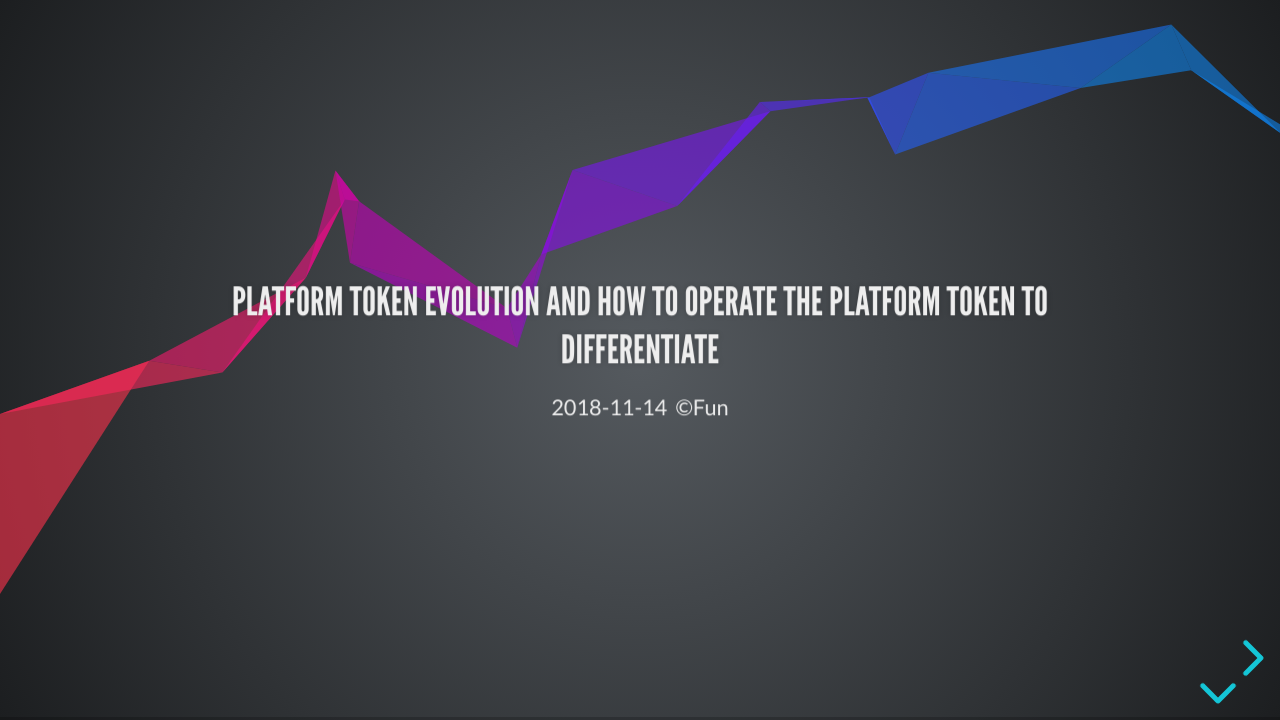
Repository: RickFang666/reveal-ppt
Page: index.html
The author's editor kept a copy of each file at every save. The page is drawn from the files as they stood at one save, then again after the next save.
The browser window is 1280 px wide. The pictures show the whole page.

Above is the page before, as saved 2018-11-13 10:52:08.

### index.html
<!DOCTYPE html>
<html>
  <head>
    <meta charset="utf-8" />
    <meta
      name="viewport"
      content="width=device-width, initial-scale=1.0, maximum-scale=1.0, user-scalable=no"
    />

    <title>reveal.js</title>

    <link rel="stylesheet" href="css/reveal.css" />
    <link rel="stylesheet" href="css/theme/league.css" />

    <!-- Theme used for syntax highlighting of code -->
    <link rel="stylesheet" href="lib/css/zenburn.css" />
    <link rel="stylesheet" href="css/print/paper.css" />
    <link rel="stylesheet" href="css/custom.css" />
    <!-- Printing and PDF exports -->
    <!--
      <script>
      	var link = document.createElement('link');
      	link.rel = 'stylesheet';
      	link.type = 'text/css';
      	link.href = window.location.search.match(/print-pdf/gi) ? 'css/print/pdf.css' : 'css/print/paper.css';
      	document.getElementsByTagName('head')[0].appendChild(link);
      </script>
    -->
    <style>
      canvas {
        position: absolute;
        top: 0;
        left: 0;
        z-index: 1;
        width: 100%;
        height: 100%;
        pointer-events: none;
      }
    </style>
  </head>

  <body>
    <canvas></canvas>
    <div class="reveal">
      <div class="slides">
        <section>
          <section>
            <h6>
              Platform Token evolution and how to operate the Platform Token to
              differentiate
            </h6>
            <p class="fs-22">2018-11-14&nbsp;&nbsp;©Fun</p>
          </section>
          <section><h4>进步始于交流，收获源于分享</h4></section>
          <!--
            <section>
            	<h4>主题：WEB技术分享与交流</h4>
            	<h4>时间：周五16：00 - 17：00</h4>
            </section>
            <section>
            	<h4 class='ta-l'>会议章程</h4>
            	<ol>
            		<li>主讲人分享技术心得等，30分钟左右</li>
            		<li>组员依次提出本周遇到的技术问题，20分钟左右</li>
            		<li>暂定为自由讨论，10分钟左右</li>
            	</ol>
            </section>
          -->
        </section>
        <section>进入主题</section>
        <section data-markdown>
          <script type="text/template">
            <p class='ta-c'>浅谈React16新特性</p>
            * error boundaries
            * portals
            * render方法新增返回类型
            * 支持自定义DOM属性
            * 更好的服务器端渲染
            * 新的打包策略
            <!-- * MIT许可和新的核心架构 -->
          </script>
        </section>
        <section>
          <section data-markdown class="ta-l">
            <script type="text/template">
              <p class='ta-c'>Better Error Handling</p>
              &emsp;&emsp;之前，组件渲染过程中的运行时错误可能会使应用处于故障状态，产生隐蔽的错误消息并需要刷新页面才能恢复。为了解决这个问题，React16 使用更灵活的错误处理策略。默认情况下，如果在组件的渲染或生命周期方法中引发错误，将会从根节点卸载整个组件树。这可以防止显示损坏的数据，但是，这可能不是理想的用户体验。
            </script>
          </section>
          <section data-markdown class="ta-l">
            <script type="text/template">
              部分UI中的JavaScript错误不应该破坏整个应用程序。为了解决这个问题，React16 引入了error boundaries，中文译为"错误边界"的新概念。
            </script>
          </section>
          <section data-markdown class="ta-l">
            <script type="text/template">
              错误边界是一种特殊的React组件，可以在其子组件树中的任何位置捕获JavaScript错误，记录这些错误并显示回退UI，而不是崩溃的组件树。
            </script>
          </section>
          <section data-markdown class="ta-l">
            <script type="text/template">
              <p>React16 新增生命周期：`componentDidCatch`</p>
              如果一个类组件定义了该生命周期方法，它将成为一个错误边界。
            </script>
          </section>
          <section data-markdown class="ta-l">
            <script type="text/template">
              ```
              // 最佳实践
              class ErrorBoundary extends React.Component {
              	state = {
              	  hasError: false
              	};
              	componentDidCatch(error, info) {
              	  this.setState({ hasError: true });
              	}
              	render() {
              	  if (this.state.hasError) {
              		return <h1>Something went wrong.</h1>;
              	  }
              	  return this.props.children;
              	}
              }
              ```
            </script>
          </section>
          <section data-markdown class="ta-l">
            <script type="text/template">
              ```
              // 作为常规组件使用
              <ErrorBoundary>
              	<App />
              </ErrorBoundary>
              ```
            </script>
          </section>
          <section data-markdown class="ta-l">
            <script type="text/template">
              <p class='ta-c'>Portals</p>
              <p>&emsp;&emsp;Portals，中文可以理解为"传送门"，提供了一种一流的方法来将子组件渲染到父组件的 DOM 结构之外的DOM节点中。默认情况下，React组件树和DOM树是完全对应的，对于一些 Modal , Overlay 之类的组件实现，通常是将它们放在顶层，但逻辑上它们可能只是属于某个子组件，这不利于组件的结构组织。</p>
            </script>
          </section>
          <section data-markdown class="ta-l">
            <script type="text/template">
              ```
              ReactDOM.createPortal(child, container)
              ```
            </script>
          </section>
          <section data-markdown class="ta-l">
            <script type="text/template">
              通过使用 `React.createPortal` ，我们可以将组件渲染到我们想要的任意DOM节点中，但它依然存在于React树中。因此，该组件的行为与其它普通组件相似，在portal内部触发的事件也将传播到父组件。对于组件划分来说，这是一个很棒的特性。
            </script>
          </section>
          <section data-markdown class="ta-l">
            <script type="text/template">
              <p class='ta-c'>New render return types</p>
              React16 添加了新的返回类型：fragments and strings
            </script>
          </section>
          <section data-markdown class="ta-l">
            <script type="text/template">
              * fragments
              <br/>
              React16 支持在组件的render方法中返回一组元素。与其它数组一样，需要为每个元素添加一个唯一的key值以避免警告：
              ```
              render() {
              	// No need to wrap list items in an extra element!
              	return [
              	  // Don't forget the keys
              	  <li key="A">First item</li>,
              	  <li key="B">Second item</li>,
              	  <li key="C">Third item</li>,
              	];
              }
              ```
            </script>
          </section>
          <section data-markdown class="ta-l">
            <script type="text/template">
              从React16.2.0 开始，进一步提高对 JSX特殊片段语法的支持。
              ```
              render() {
              	return (
              	  <>
              		<ChildA />
              		<ChildB />
              		<ChildC />
              	  </>
              	);
              }
              ```
            </script>
          </section>
          <section data-markdown class="ta-l">
            <script type="text/template">
              * string
              <br/>
              React16 支持在组件的render方法中返回字符串：
              ```
              render() {
              	return 'Look ma, no spans!';
              }
              ```
            </script>
          </section>
          <section data-markdown class="ta-l">
            <script type="text/template">
              <p class='ta-l'>所有支持的完整返回类型列表：</p>

              * react elements (jsx)
              * string
              * numbers
              * booleans
              * null
              * fragments
              * portals
            </script>
          </section>
          <section data-markdown class="ta-l">
            <script type="text/template">
              <p class='ta-c'>Support for custom DOM attributes</p>
              &emsp;&emsp;在之前的版本中，React会忽略无法识别的HTML和SVG属性，如果您使用React无法识别的属性编写JSX，则React将跳过它。
            </script>
          </section>
          <section data-markdown class="ta-l">
            <script type="text/template">
              ```
              // Your code:
              <div mycustomattribute="something" />
              ```
              ```
              // React 15 output:
              <div />
              ```
              ```
              // React 16 output:
              <div mycustomattribute="something" />
              ```
            </script>
          </section>
          <section data-markdown class="ta-l">
            <script type="text/template">
              现在，React16 不再忽略无法识别的HTML和SVG属性，而将它们直接传递给DOM。这个改动让React去掉了大部分的属性白名单，从而减小了文件大小。
            </script>
          </section>
          <!--
            <section data-markdown class='ta-l'>
            	<script type='text/template'>
            		<p>注意，您仍然应该使用规范的React命名来获取已知属性。</p>
            	</script>
            </section>
          -->
          <section data-markdown class="ta-l">
            <script type="text/template">
              <p class='ta-c'>Better server-side rendering</p>
              &emsp;&emsp;React16 包含一个完全重写的SSR。新的实现非常快，接近3倍性能于React15 ，现在提供一种流模式streaming，可以更快地把渲染的字节发送到客户端。
            </script>
          </section>
          <section data-markdown class="ta-l">
            <script type="text/template">
              另外，React16 在hydrating ( 注：指客户端基于服务器返回的HTML再次重新渲染）方面表现的更好，它不再要求初始渲染与服务器的结果完全匹配。相反，它会尝试尽可能多地重用现有的DOM。没有更多的校验和！一般来说，不建议在服务器和客户端渲染不同的内容，但在某些情况下（如时间戳）可能会有用。
            </script>
          </section>
          <section data-markdown class="ta-l">
            <script type="text/template">
              <p class='ta-c'>Reduced file size</p>
              &emsp;&emsp;React16 的体积比上个版本减小了32%
              * react is 5.3 kb (2.2 kb gzipped), down from 20.7 kb (6.9 kb gzipped).
              * react-dom is 103.7 kb (32.6 kb gzipped), down from 141 kb (42.9 kb gzipped).
              * react + react-dom is 109 kb (34.8 kb gzipped), down from 161.7 kb (49.8 kb gzipped).
            </script>
          </section>
          <section data-markdown class="ta-l">
            <script type="text/template">
              React体积的减小由于使用了新的打包策略，现在去掉了process.env检查，并且使用Rollup作为打包工具。
            </script>
          </section>
          <!--
            <section data-markdown>
            	<script type='text/template'>
            		<p class='ta-c'>Fiber</p>
            		<p class='ta-l'>&emsp;&emsp;React 16采用了新的核心架构 " Fiber " ,Facebook官方声称：Fiber是对核心算法的一次重新实现，我们改写了React。</p>
            	</script>
            </section>
          -->
        </section>
        <section>
          <section data-markdown>
            <script type="text/template">
              <p class='ta-c'>扩展</p>
              * 组件生命周期变更
              * createRef API
              * forwardRef API
              * Official Context API
              * StrictMode Component
            </script>
          </section>
        </section>
        <section>
          <section data-markdown>
            <script type="text/template">
              <p class='ta-c'>组件生命周期变更</p>
              <p class='ta-c'>未来的React版本将启用异步渲染更新</p>
            </script>
          </section>
          <section data-markdown>
            <script type="text/template">
              <p class='ta-l'>* 16.3：添加3个UNSAFE前缀的生命周期</p>
              ```
              UNSAFE_componentWillMount(){}

              UNSAFE_componentWillReceiveProps(nextProps){}

              UNSAFE_componentWillUpdate(nextProps,nextState){}
              ```
            </script>
          </section>
          <section data-markdown>
            <script type="text/template">
              <p class='ta-l'>* 未来的16.x版本：将对以下生命周期启用弃用警告</p>
              ```
              componentWillMount(){}

              componentWillReceiveProps(nextProps){}

              componentWillUpdate(nextProps,nextState){}
              ```
            </script>
          </section>
          <section data-markdown>
            <script type="text/template">
              <p class='ta-l'>* 17.0：删除以下生命周期</p>
              ```
              componentWillMount(){}

              componentWillReceiveProps(nextProps){}

              componentWillUpdate(nextProps,nextState){}
              ```
            </script>
          </section>
          <section data-markdown>
            <script type="text/template">
              * 新增生命周期：static getDerivedStateFromProps
              ```
              class Example extends React.Component {
              	static getDerivedStateFromProps(nextProps, prevState) {
              	  // ...
              	}
              }
              ```
            </script>
          </section>
          <section data-markdown>
            <script type="text/template">
              <p class='ta-l'>&emsp;&emsp;The new static getDerivedStateFromProps lifecycle is invoked after a component is instantiated as well as when it receives new props. It can return an object to update state, or null to indicate that the new props do not require any state updates.</p>
            </script>
          </section>
          <section data-markdown>
            <script type="text/template">
              <p class='ta-l'>&emsp;&emsp;Together with componentDidUpdate, this new lifecycle should cover all use cases for the legacy componentWillReceiveProps.</p>
            </script>
          </section>
          <section data-markdown>
            <script type="text/template">
              * 新增生命周期： getSnapshotBeforeUpdate
              ```
              class Example extends React.Component {
              	getSnapshotBeforeUpdate(prevProps, prevState) {
              	  // ...
              	}
              }
              ```
            </script>
          </section>
          <section data-markdown>
            <script type="text/template">
              <p class='ta-l'>&emsp;&emsp;The new getSnapshotBeforeUpdate lifecycle is called right before mutations are made (e.g. before the DOM is updated). The return value for this lifecycle will be passed as the third parameter to componentDidUpdate. (This lifecycle isn’t often needed, but can be useful in cases like manually preserving scroll position during rerenders.)</p>
            </script>
          </section>
          <section data-markdown>
            <script type="text/template">
              <p class='ta-l'>&emsp;&emsp;Together with componentDidUpdate, this new lifecycle should cover all use cases for the legacy componentWillUpdate.</p>
            </script>
          </section>
          <section data-markdown>
            <script type="text/template">
              <p class='ta-c'>createRef API</p>
              <p class='ta-l'>&emsp;&emsp;Previously, React provided two ways of managing refs: the legacy string ref API and the callback API. Although the string ref API was the more convenient of the two, it had several downsides and so our official recommendation was to use the callback form instead.</p>
            </script>
          </section>
          <section data-markdown>
            <script type="text/template">
              <p class='ta-l'>&emsp;&emsp;Version 16.3 adds a new option for managing refs that offers the convenience of a string ref without any of the downsides:</p>
            </script>
          </section>
          <section data-markdown>
            <script type="text/template">
              ```
              class MyComponent extends React.Component {
              	constructor(props) {
              	  super(props);

              	  this.inputRef = React.createRef();
              	}

              	render() {
              	  return <input type="text" ref={this.inputRef} />;
              	}

              	componentDidMount() {
              	  this.inputRef.current.focus();
              	}
              }
              ```
            </script>
          </section>
          <section data-markdown>
            <script type="text/template">
              <p class='ta-c'>forwardRef API</p>
              <p class='ta-l'>&emsp;&emsp;Generally, React components are declarative, but sometimes imperative access to the component instances and the underlying DOM nodes is necessary. This is common for use cases like managing focus, selection, or animations. React provides refs as a way to solve this problem. However, component encapsulation poses some challenges with refs.</p>
            </script>
          </section>
          <section data-markdown>
            <script type="text/template">
              <p class='ta-l'>&emsp;&emsp;For example, if you replace a `<button>` with a custom `<FancyButton>` component, the ref attribute on it will start pointing at the wrapper component instead of the DOM node (and would be null for functional components). While this is desirable for “application-level” components like FeedStory or Comment that need to be encapsulated, it can be annoying for “leaf” components such as FancyButton or MyTextInput that are typically used like their DOM counterparts, and might need to expose their DOM nodes.</p>
            </script>
          </section>
          <section data-markdown>
            <script type="text/template">
              <p class='ta-l'>&emsp;&emsp;Ref forwarding is a new opt-in feature that lets some components take a ref they receive, and pass it further down (in other words, “forward” it) to a child. In the example below, FancyButton forwards its ref to a DOM button that it renders:</p>
            </script>
          </section>
          <section data-markdown>
            <script type="text/template">
              ```
              const FancyButton = React.forwardRef((props, ref) => (
              	<button ref={ref} className="FancyButton">
              	  {props.children}
              	</button>
              ));

              // You can now get a ref directly to the DOM button:
              const ref = React.createRef();
              <FancyButton ref={ref}>Click me!</FancyButton>;
              ```
            </script>
          </section>
          <section data-markdown>
            <script type="text/template">
              <p class='ta-l'>&emsp;&emsp;This way, components using FancyButton can get a ref to the underlying button DOM node and access it if necessary—just like if they used a DOM button directly.Ref forwarding is not limited to “leaf” components that render DOM nodes. If you write higher order components, we recommend using ref forwarding to automatically pass the ref down to the wrapped class component instances.</p>
            </script>
          </section>
          <section data-markdown>
            <script type="text/template">
              <p class='ta-c'>Official Context API</p>
              <p class='ta-l'>&emsp;&emsp;For many years, React has offered an experimental API for context. Although it was a powerful tool, its use was discouraged because of inherent problems in the API, and because we always intended to replace the experimental API with a better one.</p>
            </script>
          </section>
          <section data-markdown>
            <script type="text/template">
              <p class='ta-l'>&emsp;&emsp;Version 16.3 introduces a new context API that is more efficient and supports both static type checking and deep updates.Here is an example illustrating how you might inject a “theme” using the new context API:</p>
            </script>
          </section>
          <section data-markdown>
            <script type="text/template">
              ```
              const ThemeContext = React.createContext('light');

              class ThemeProvider extends React.Component {
                state = { theme: 'light' };
                render() {
              	return (
              	  <ThemeContext.Provider value={this.state.theme}>
              		{this.props.children}
              	  </ThemeContext.Provider>
              	);
                }
              }

              class ThemedButton extends React.Component {
                render() {
              	return (
              	  <ThemeContext.Consumer>
              		{theme => <Button theme={theme} />}
              	  </ThemeContext.Consumer>
              	);
                }
              }
              ```
            </script>
          </section>
          <section data-markdown>
            <script type="text/template">
              <p class='ta-c'>StrictMode Component</p>
              <p class='ta-l'>&emsp;&emsp;StrictMode is a tool for highlighting potential problems in an application. Like Fragment, StrictMode does not render any visible UI. It activates additional checks and warnings for its descendants.</p>
            </script>
          </section>
          <section data-markdown>
            <script type="text/template">
              <p class='ta-l'>&emsp;&emsp;Although it is not possible for strict mode to catch all problems (e.g. certain types of mutation), it can help with many. If you see warnings in strict mode, those things will likely cause bugs for async rendering.</p>
            </script>
          </section>
          <section data-markdown>
            <script type="text/template">
              <p class='ta-l'>In version 16.3, StrictMode helps with:</p>
              * Identifying components with unsafe lifecycles
              * Warning about legacy string ref API usage
              * Detecting unexpected side effects
            </script>
          </section>
          <section data-markdown>
            <script type="text/template">
              <p class='ta-l'>StrictMode checks are run in development mode only; they do not impact the production build.</p>
            </script>
          </section>
        </section>
        <section><h2>Thank you !</h2></section>
      </div>
    </div>
    <script>
      document.addEventListener('touchmove', function(e) {
        e.preventDefault()
      })
      var c = document.getElementsByTagName('canvas')[0],
        x = c.getContext('2d'),
        pr = window.devicePixelRatio || 1,
        w = window.innerWidth,
        h = window.innerHeight,
        f = 90,
        q,
        m = Math,
        r = 0,
        u = m.PI * 2,
        v = m.cos,
        z = m.random
      c.width = w * pr
      c.height = h * pr
      x.scale(pr, pr)
      x.globalAlpha = 0.6
      function i() {
        x.clearRect(0, 0, w, h)
        q = [{ x: 0, y: h * 0.7 + f }, { x: 0, y: h * 0.7 - f }]
        while (q[1].x < w + f) d(q[0], q[1])
      }
      function d(i, j) {
        x.beginPath()
        x.moveTo(i.x, i.y)
        x.lineTo(j.x, j.y)
        var k = j.x + (z() * 2 - 0.25) * f,
          n = y(j.y)
        x.lineTo(k, n)
        x.closePath()
        r -= u / -50
        x.fillStyle =
          '#' +
          (
            ((v(r) * 127 + 128) << 16) |
            ((v(r + u / 3) * 127 + 128) << 8) |
            (v(r + (u / 3) * 2) * 127 + 128)
          ).toString(16)
        x.fill()
        q[0] = q[1]
        q[1] = { x: k, y: n }
      }
      function y(p) {
        var t = p + (z() * 2 - 1.1) * f
        return t > h || t < 0 ? y(p) : t
      }
      document.onclick = i
      document.ontouchstart = i
      document.onkeydown = i
      i()
    </script>
    <script src="lib/js/head.min.js"></script>
    <script src="js/reveal.js"></script>

    <script>
      // More info about config & dependencies:
      // - https://github.com/hakimel/reveal.js#configuration
      // - https://github.com/hakimel/reveal.js#dependencies
      Reveal.initialize({
        dependencies: [
          { src: 'plugin/markdown/marked.js' },
          { src: 'plugin/markdown/markdown.js' },
          { src: 'plugin/notes/notes.js', async: true },
          {
            src: 'plugin/highlight/highlight.js',
            async: true,
            callback: function() {
              hljs.initHighlightingOnLoad()
            }
          }
        ]
      })
    </script>
  </body>
</html>

### css/custom.css
.fs-22{
    font-size:22px!important;
}

.ta-l{
    text-align: left;
}

.ta-c{
    text-align: center;
}

.fr{
    float: right;
}

Loaded but not shown: lib/css/zenburn.css (common file); lib/js/head.min.js (library); js/reveal.js (library); lib/font/league-gothic/league-gothic.css (common file); plugin/markdown/marked.js (library); plugin/markdown/markdown.js (library); plugin/notes/notes.js (library); plugin/highlight/highlight.js (library); css/reveal.css (1555 lines, source omitted); css/theme/league.css (270 lines, source omitted); css/theme/sky.css (271 lines, source omitted); css/print/paper.css (203 lines, source omitted)

After the next save:
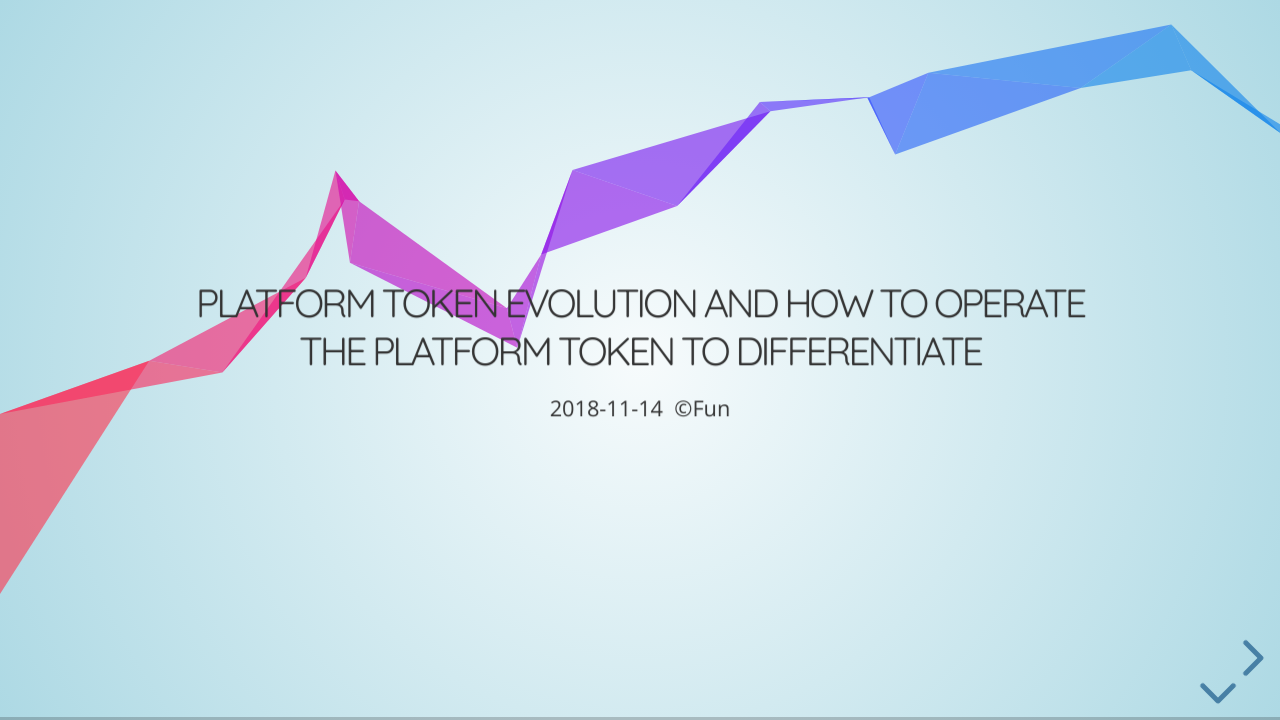
Saved 12 s later.
--- a/index.html
+++ b/index.html
@@ -10,7 +10,7 @@
     <title>reveal.js</title>
 
     <link rel="stylesheet" href="css/reveal.css" />
-    <link rel="stylesheet" href="css/theme/league.css" />
+    <link rel="stylesheet" href="css/theme/sky.css" />
 
     <!-- Theme used for syntax highlighting of code -->
     <link rel="stylesheet" href="lib/css/zenburn.css" />
